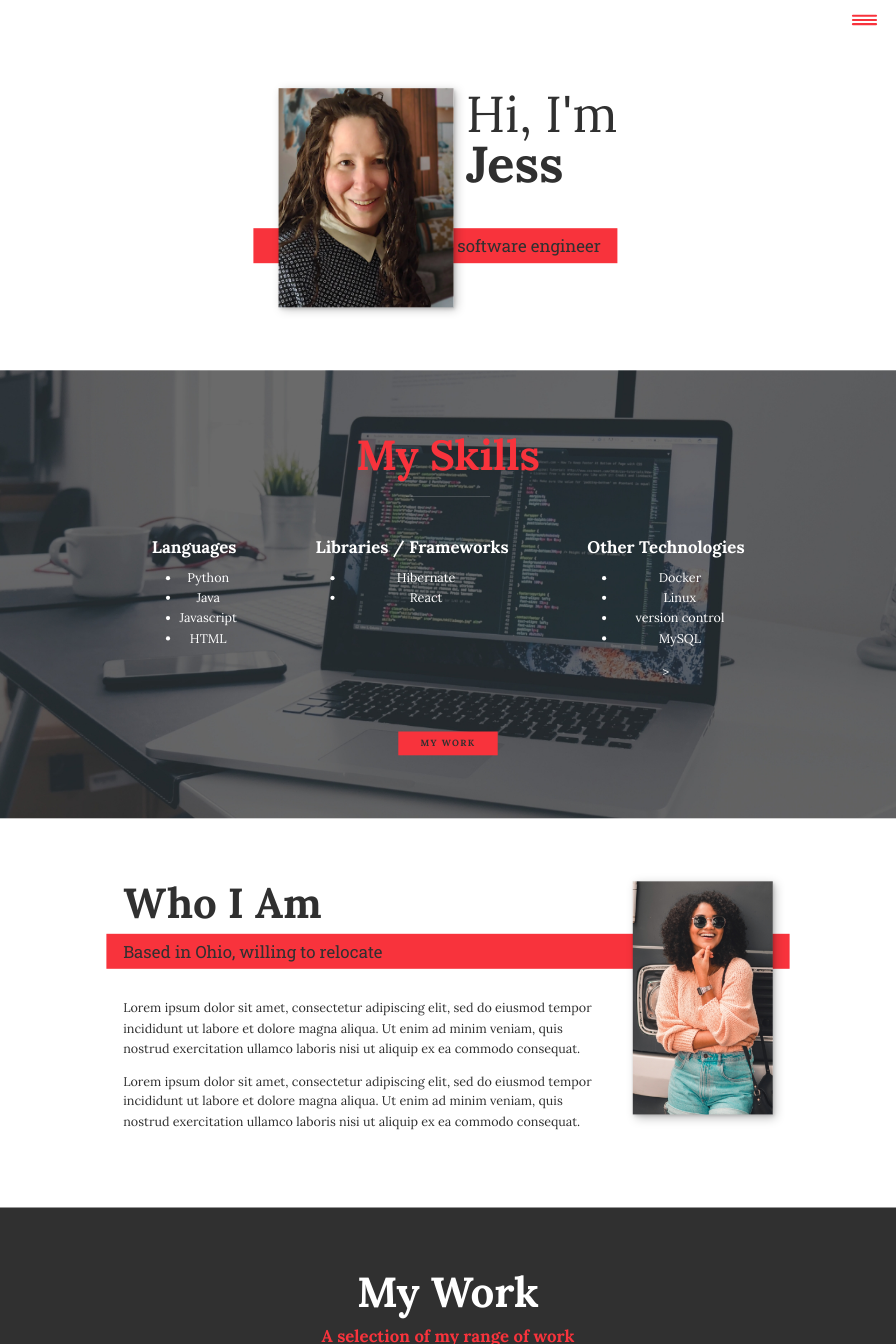
Repository: DinoDime/site
Page: index.html
These files come from the project's save history. The page is drawn as it stood at one moment and after the next save; the edit follows.
The browser window is 1280 px wide. The pictures show the part of the page from y = 0 to 1920 px (the page is 3217 px tall before and 3188 px after), at 70% of full size.
Some web libraries are served in a nearby version.

Above is the page before, as saved 2021-05-02 07:32:29.

### index.html
<!DOCTYPE html>
<html lang="en">
  <head>
    <link
      rel="stylesheet"
      href="https://cdnjs.cloudflare.com/ajax/libs/normalize/8.0.1/normalize.css"
    />
    <meta charset="UTF-8" />
    <meta name="viewport" content="width=device-width, initial-scale=1.0" />
    <title>Jess Perschke</title>
    <link
      rel="stylesheet"
      href="https://cdnjs.cloudflare.com/ajax/libs/normalize/7.0.0/normalize.min.css"
    />
    <link
      rel="stylesheet"
      href="https://cdnjs.cloudflare.com/ajax/libs/font-awesome/5.11.2/css/all.css"
      integrity="sha256-46qynGAkLSFpVbEBog43gvNhfrOj+BmwXdxFgVK/Kvc="
      crossorigin="anonymous"
    />

    <!-- Update these with your own fonts -->
    <link
      href="https://fonts.googleapis.com/css?family=Lora:400,700|Roboto+Slab:400,700&display=swap"
      rel="stylesheet"
    />

    <link rel="stylesheet" href="css/style.css" />
  </head>
  <body>
    <header>
      <button class="nav-toggle" aria-label="toggle navigation">
        <span class="hamburger"></span>
      </button>
      <nav class="nav">
        <ul class="nav__list">
          <li class="nav__item"><a href="#home" class="nav__link">Home</a></li>
          <li class="nav__item">
            <a href="#services" class="nav__link">Experience and Resume</a>
          </li>
          <li class="nav__item">
            <a href="#about" class="nav__link">About Me</a>
          </li>
          <li class="nav__item">
            <a href="#work" class="nav__link">My Work</a>
          </li>
        </ul>
      </nav>
    </header>

    <!-- Introduction -->
    <section class="intro" id="home">
      <h1 class="section__title section__title--intro">
        Hi, I'm <strong>Jess</strong>
      </h1>
      <p class="section__subtitle section__subtitle--intro">
        software engineer
      </p>
      <img
        src="img/jess.jpg"
        alt="a picture of Jess Perschke smiling"
        class="intro__img"
      />
    </section>

    <section class="my-services" id="services">
      <h2 class="section__title section__title--services">My Skills</h2>
      <div class="services">
        <div class="service">
          <h3>Languages</h3>
          <ul>
            <li>Python</li>
            <li>Java</li>
            <li>Javascript</li>
            <li>HTML</li>
          </ul>
        </div>

        <div class="service">
          <h3>Libraries / Frameworks</h3>
          <ul>
            <li>Hibernate</li>
            <li>React</li>
          </ul>
        </div>

        <div class="service">
          <h3>Other Technologies</h3>
          <ul>
            <li>Docker</li>
            <li>Linux</li>
            <li>version control</li>
            <li>MySQL</li>
          </ul>
          >
        </div>
        <!-- / service -->
      </div>
      <!-- / services -->

      <a href="#work" class="btn">My Work</a>
    </section>

    <!-- About me -->
    <section class="about-me" id="about">
      <h2 class="section__title section__title--about">Who I Am</h2>
      <class class="section__subtitle section__subtitle--about">
        Based in Ohio, willing to relocate
      </class>

      <div class="about-me__body">
        <p>
          Lorem ipsum dolor sit amet, consectetur adipiscing elit, sed do
          eiusmod tempor incididunt ut labore et dolore magna aliqua. Ut enim ad
          minim veniam, quis nostrud exercitation ullamco laboris nisi ut
          aliquip ex ea commodo consequat.
        </p>
        <p>
          Lorem ipsum dolor sit amet, consectetur adipiscing elit, sed do
          eiusmod tempor incididunt ut labore et dolore magna aliqua. Ut enim ad
          minim veniam, quis nostrud exercitation ullamco laboris nisi ut
          aliquip ex ea commodo consequat.
        </p>
      </div>

      <img
        src="img/dev-jane-02.jpg"
        alt="Jane leaning against a bus"
        class="about-me__img"
      />
    </section>

    <!-- My Work -->
    <section class="my-work" id="work">
      <h2 class="section__title section__title--work">My Work</h2>
      <p class="section__subtitle section__subtitle--work">
        A selection of my range of work
      </p>

      <div class="portfolio">
        <!-- Portfolio item 01 -->
        <a href="portfolio-item.html" class="portfolio__item">
          <img src="img/portfolio-01.jpg" alt="" class="portfolio__img" />
        </a>

        <!-- Portfolio item 02 -->
        <a href="portfolio-item.html" class="portfolio__item">
          <img src="img/portfolio-02.jpg" alt="" class="portfolio__img" />
        </a>

        <!-- Portfolio item 03 -->
        <a href="portfolio-item.html" class="portfolio__item">
          <img src="img/portfolio-03.jpg" alt="" class="portfolio__img" />
        </a>

        <!-- Portfolio item 04 -->
        <a href="portfolio-item.html" class="portfolio__item">
          <img src="img/portfolio-04.jpg" alt="" class="portfolio__img" />
        </a>

        <!-- Portfolio item 05 -->
        <a href="portfolio-item.html" class="portfolio__item">
          <img src="img/portfolio-05.jpg" alt="" class="portfolio__img" />
        </a>

        <!-- Portfolio item 06 -->
        <a href="portfolio-item.html" class="portfolio__item">
          <img src="img/portfolio-06.jpg" alt="" class="portfolio__img" />
        </a>

        <!-- Portfolio item 07 -->
        <a href="portfolio-item.html" class="portfolio__item">
          <img src="img/portfolio-07.jpg" alt="" class="portfolio__img" />
        </a>

        <!-- Portfolio item 08 -->
        <a href="#" class="portfolio__item">
          <img src="img/portfolio-08.jpg" alt="" class="portfolio__img" />
        </a>

        <!-- Portfolio item 09 -->
        <a href="#" class="portfolio__item">
          <img src="img/portfolio-09.jpg" alt="" class="portfolio__img" />
        </a>

        <!-- Portfolio item 0 0-->
        <a href="#" class="portfolio__item">
          <img src="img/portfolio-10.jpg" alt="" class="portfolio__img" />
        </a>
      </div>
    </section>

    <!-- Footer -->
    <footer class="footer">
      <!-- replace with your own email address -->
      <a href="mailto:jessicaperschke@mailbox.org" class="footer__link"
        >jessicaperschke@mailbox.org</a
      >
      <ul class="social-list">
        <li class="social-list__item">
          <a class="social-list__link" href="https://github.com">
            <i class="fab fa-github"></i>
          </a>
        </li>
      </ul>
    </footer>

    <script src="js/index.js"></script>
  </body>
</html>

### css/style.css
*,
*::before,
*::after {
    box-sizing: border-box;
}

/* Custom Properties, update these for your own design */

:root {
    --ff-primary: 'Lora', serif;
    --ff-secondary: 'Roboto Slab', serif;

    --fw-reg: 400;
    --fw-bold: 700;

    --clr-light: #fff;
    --clr-dark: #303030;
    --clr-accent: #f8333c;

    --fs-h1: 3rem;
    --fs-h2: 2.25rem;
    --fs-h3: 1.25rem;
    --fs-body: 1rem;

    --bs: 0.25em 0.25em 0.75em rgba(0,0,0,.25),
          0.125em 0.125em 0.25em rgba(0,0,0,.15);
}

@media (min-width: 800px) {
    :root {
        --fs-h1: 4.5rem;
        --fs-h2: 3.75rem;
        --fs-h3: 1.5rem;
        --fs-body: 1.125rem;
    }
}

/* General styles */

/* endable this to add smooth scrolling */
/* html {
    scroll-behavior: smooth;
} */


body {
    background: var(--clr-light);
    color: var(--clr-dark);
    margin: 0;
    font-family: var(--ff-primary);
    font-size: var(--fs-body);
    line-height: 1.6;
}

section {
    padding: 5em 2em;
}

img {
    display: block;
    max-width: 100%;
}

strong { font-weight: var(--fw-bold) }

:focus {
    outline: 3px solid var(--clr-accent);
    outline-offset: 3px;
}

/* Buttons */

.btn {
    display: inline-block;
    padding: .5em 2.5em;
    background: var(--clr-accent);
    color: var(--clr-dark);
    text-decoration: none;
    cursor: pointer;
    font-size: .8rem;
    text-transform: uppercase;
    letter-spacing: 2px;
    font-weight: var(--fw-bold);
    transition: transform 200ms ease-in-out;
}

.btn:hover {
    transform: scale(1.1);
}

/* Typography */

h1,
h2,
h3 {
    line-height: 1;
    margin: 0;
}

h1 { font-size: var(--fs-h1) }
h2 { font-size: var(--fs-h2) }
h3 { font-size: var(--fs-h3) }


.section__title {
    margin-bottom: .25em;
}

.section__title--intro {
    font-weight: var(--fw-reg);
}

.section__title--intro strong {
    display: block;
}

.section__subtitle {
    margin: 0;
    font-size: var(--fs-h3);
}

.section__subtitle--intro,
.section__subtitle--about {
    background: var(--clr-accent);
    padding: .25em 1em;
    font-family: var(--ff-secondary);
    margin-bottom: 1em;
}

.section__subtitle--work {
    color: var(--clr-accent);
    font-weight: var(--fw-bold);
    margin-bottom: 2em;
}

/* header */

header {
    display: flex;
    justify-content: space-between;
    padding: 1em;
}

.logo {
    max-width: 100px;
}

.nav {
    position: fixed;
    background: var(--clr-dark);
    color: var(--clr-light);
    top: 0;
    bottom: 0;
    left: 0;
    right: 0;
    z-index: 100;

    transform: translateX(100%);
    transition: transform 250ms cubic-bezier(.5, 0, .5, 1);
}

.nav__list {
    list-style: none;
    display: flex;
    height: 100%;
    flex-direction: column;
    justify-content: space-evenly;
    align-items: center;
    margin: 0;
    padding: 0;
}

.nav__link {
    color: inherit;
    font-weight: var(--fw-bold);
    font-size: var(--fs-h2);
    text-decoration: none;
}

.nav__link:hover {
    color: var(--clr-accent);
}

.nav-toggle {
    padding: .5em;
    background: transparent;
    border: 0;
    cursor: pointer;
    position: absolute;
    right: 1em;
    top: 1em;
    z-index: 1000;
}

.nav-open .nav {
    transform: translateX(0);
}

.nav-open .nav-toggle {
    position: fixed;
}

.nav-open .hamburger {
    transform: rotate(.625turn);
}

.nav-open .hamburger::before {
    transform: rotate(90deg) translateX(-6px);
}

.nav-open .hamburger::after {
    opacity: 0;
}






.hamburger {
    display: block;
    position: relative;
}

.hamburger,
.hamburger::before,
.hamburger::after {
    background: var(--clr-accent);
    width: 2em;
    height: 3px;
    border-radius: 1em;
    transition: transform 250ms ease-in-out;
}


.hamburger::before,
.hamburger::after {
    content: '';
    position: absolute;
    left: 0;
    right: 0;
}

.hamburger::before { top: 6px; }
.hamburger::after { bottom: 6px; }


/*  Intro section  */

.intro {
    position: relative;
}

.intro__img {
    box-shadow: var(--bs);
}

.section__subtitle--intro {
    display: inline-block;
}

@media (min-width: 600px) {
    .intro {
        display: grid;
        width: min-content;
        margin: 0 auto;
        grid-column-gap: 1em;
        grid-template-areas:
            "img title"
            "img subtitle";
        grid-template-columns: min-content max-content;
    }

    .intro__img {
        grid-area: img;
        min-width: 250px;
        position: relative;
        z-index: 2;
    }

    .section__subtitle--intro {
        align-self: start;
        grid-column: -1 / 1;
        grid-row: 2;
        text-align: right;
        position: relative;
        left: -1.5em;
        width: calc(100% + 1.5em);
    }
}



/*  My services section  */

.my-services {
    background-color: var(--clr-dark);
    background-image: url(../img/services-bg.jpg);
    background-size: cover;
    /* background-blend-mode: multiply; */
    color: var(--clr-light);
    text-align: center;
}

.section__title--services {
    color: var(--clr-accent);
    position: relative;
}

.section__title--services::after {
    content: '';
    display: block;
    width: 2em;
    height: 1px;
    margin: 0.5em auto 1em;
    background: var(--clr-light);
    opacity: 0.25;
}

.services {
    margin-bottom: 4em;
}

.service {
    max-width: 500px;
    margin: 0 auto;
}

@media (min-width: 800px) {
    .services {
        display: flex;
        max-width: 1000px;
        margin-left: auto;
        margin-right: auto;
    }

    .service + .service {
        margin-left: 2em;
    }
}


.about-me {
    max-width: 1000px;
    margin: 0 auto;
}

.about-me__img {
    box-shadow: var(--bs);
}

@media (min-width: 600px) {
    .about-me {
        display: grid;
        grid-template-columns: 1fr 200px;
        grid-template-areas:
            "title img"
            "subtitle img"
            "text img";
        grid-column-gap: 2em;
    }

    .section__title--about {
        grid-area: title;
    }

    .section__subtitle--about {
        grid-column: 1 / -1;
        grid-row: 2;
        position: relative;
        left: -1em;
        width: calc(100% + 2em);
        padding-left: 1em;
        padding-right: calc(200px + 4em);
    }

    .about-me__img {
        grid-area: img;
        position: relative;
        z-index: 2;
    }
}

/* My Work */

.my-work {
    background-color: var(--clr-dark);
    color: var(--clr-light);
    text-align: center;
}

.portfolio {
    display: grid;
    grid-template-columns: repeat(auto-fit, minmax(300px, 1fr));
}

.portfolio__item {
    background: var(--clr-accent);
    overflow: hidden;
}

.portfolio__img {
    transition:
        transform 750ms cubic-bezier(.5, 0, .5, 1),
        opacity 250ms linear;
}

.portfolio__item:focus {
    position: relative;
    z-index: 2;
}

.portfolio__img:hover,
.portfolio__item:focus .portfolio__img {
    transform: scale(1.2);
    opacity: .5;
}


/* footer */

.footer {
    background: #111;
    color: var(--clr-accent);
    text-align: center;
    padding: 2.5em 0;
    font-size: var(--fs-h3);

}

.footer a {
    color: inherit;
    text-decoration: none;
}

.footer__link {
    font-weight: var(--fw-bold);
}

.footer__link:hover,
.social-list__link:hover {
    opacity: .7;
}

.footer__link:hover {
    text-decoration: underline;
}

.social-list {
    list-style: none;
    display: flex;
    justify-content: center;
    margin: 2em 0 0;
    padding: 0;
}

.social-list__item {
    margin: 0 .5em;
}

.social-list__link {
    padding: .5em;
}


/* Individual portfolio item styles */

.portfolio-item-individual {
    padding: 0 2em 2em;
    max-width: 1000px;
    margin: 0 auto;
}

.portfolio-item-individual p {
    max-width: 600px;
    margin-left: auto;
    margin-right: auto;
}

Loaded but not shown: js/index.js (common file)

After the next save:
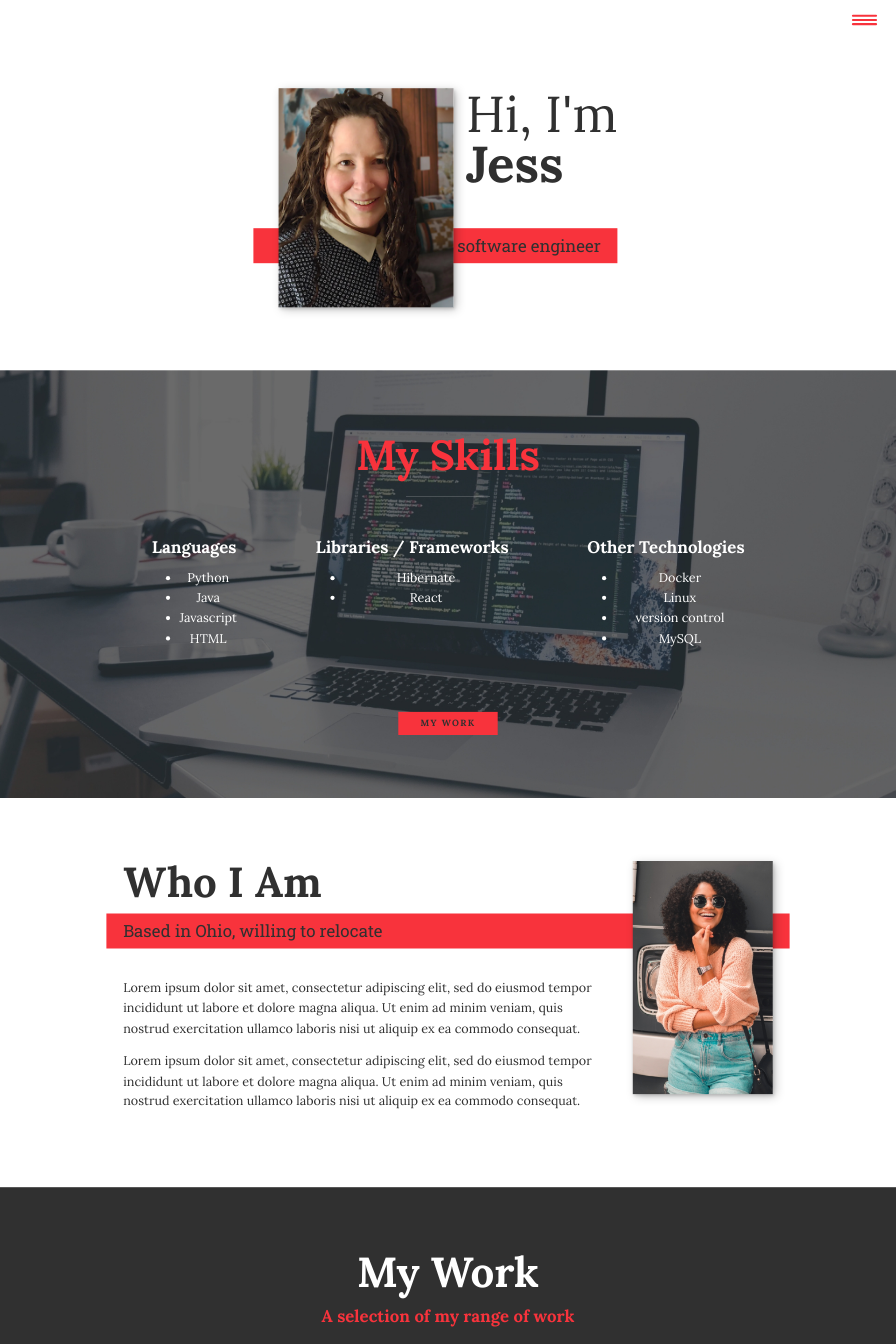
Saved 26 s later.
--- a/index.html
+++ b/index.html
@@ -92,7 +92,6 @@
             <li>version control</li>
             <li>MySQL</li>
           </ul>
-          >
         </div>
         <!-- / service -->
       </div>
